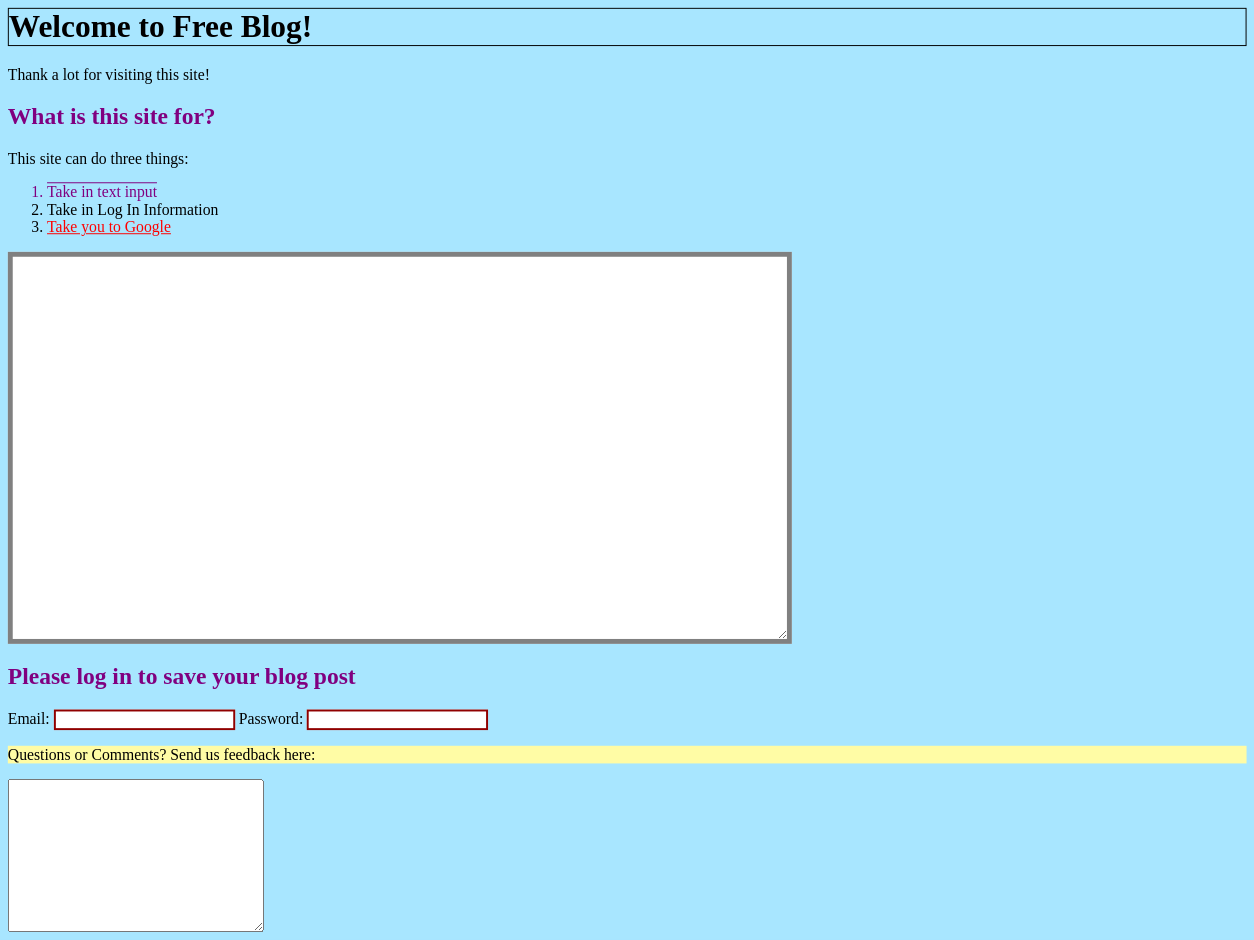
Repository: MonwarAdeeb/Bista_Solutions
Page: HTML & CSS/CSS/Level One/05. Assessment.html
These files come from the project's save history. The page is drawn as it stood at one moment and after the next save; the edit follows.
The browser window is 1280 px wide. The pictures show the whole page, at 98% of full size.

Above is the page before, as saved 2021-05-19 21:51:25.

### HTML & CSS/CSS/Level One/05. Assessment.html
<html lang="en">
<head>
    <meta charset="UTF-8">
    <meta http-equiv="X-UA-Compatible" content="IE=edge">
    <meta name="viewport" content="width=device-width, initial-scale=1.0">
    <title>Assessment</title>
    <link rel="stylesheet" href="05. Assessment.css">
</head>
<body>
    <h1>Welcome to Free Blog!</h1>

    <p>Thank a lot for visiting this site!</p>

    <h2>What is this site for?</h2>

    <p>This site can do three things:</p>

    <ol class="list">
        <li id="itemone">Take in text input</li>
        <li>Take in Log In Information</li>
        <li><a href="www.google.com">Take you to Google</a></li>
    </ol>

    <textarea id="textblock" name="tbox" id="" cols="30" rows="10"></textarea>

    <h2>Please log in to save your blog post</h2>

    <label for="email">Email:</label>
    <input id="email" type="email" name="useremail">
    <label for="password">Password:</label>
    <input type="password" id="password" name="userpass">

    <div class="firstDiv">
        <p></p>
        <p>Questions or Comments? Send us feedback here:</p>
        <textarea id="feedback" cols="30" rows="10"></textarea>

    </div>

</body>
</html>

### HTML & CSS/CSS/Level One/05. Assessment.css
body {
  background-color: #a8e6ff;
}

h1 {
  border: 1px solid black;
}

h2 {
  color: purple;
}

input {
  border: 2px solid rgb(144, 0, 0);
}

div p {
  background: #fffca5;
}

#textblock {
  border: 5px solid gray;
  width: 800px;
  height: 400px;
}

a {
  color: red;
}

#itemone {
  text-decoration: overline;
  color: purple;
}

.exit {
  background-color: blue;
  border: 4px dashed yellow;
}

After the next save:
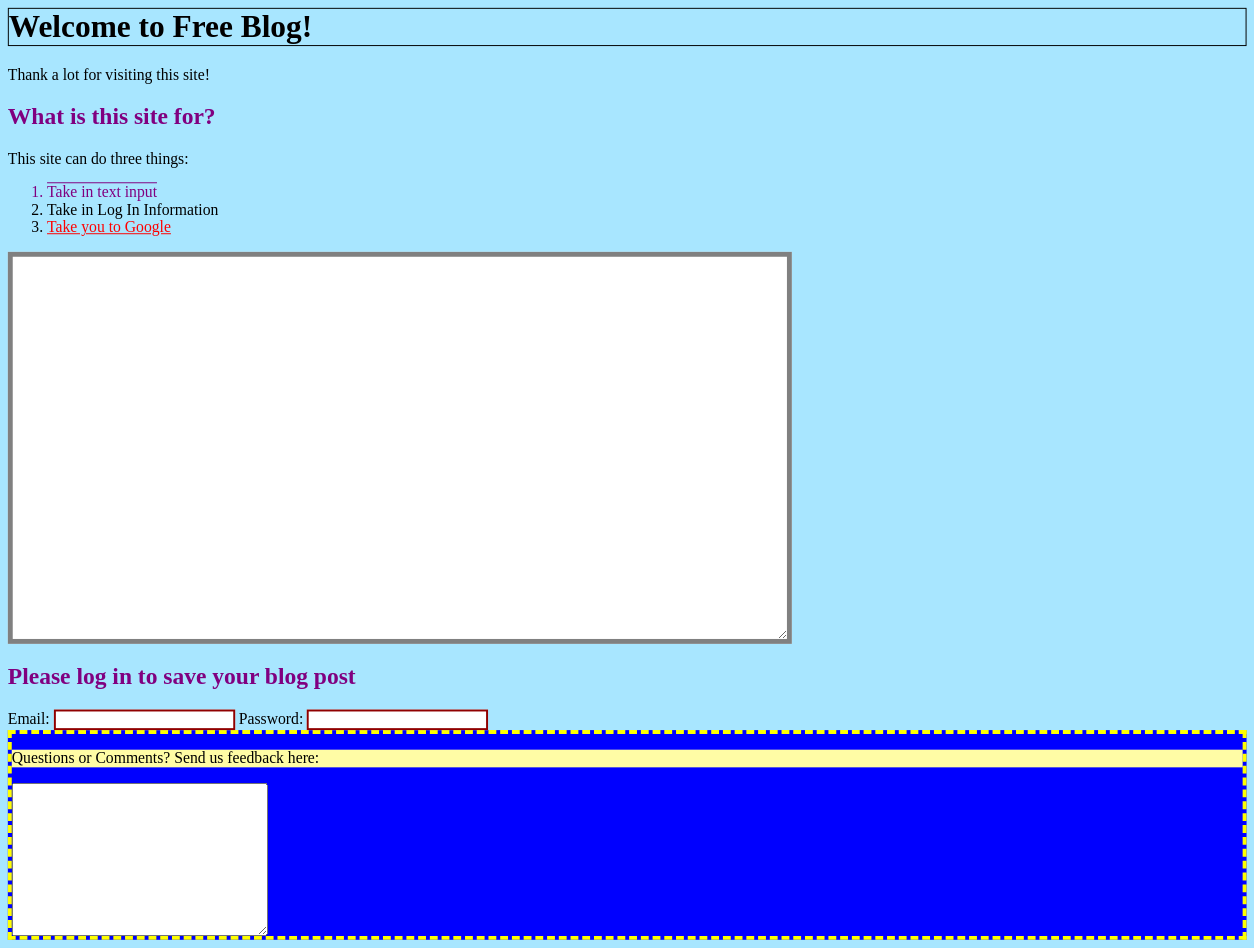
Saved 13 s later.
--- a/HTML & CSS/CSS/Level One/05. Assessment.html
+++ b/HTML & CSS/CSS/Level One/05. Assessment.html
@@ -30,7 +30,7 @@
     <label for="password">Password:</label>
     <input type="password" id="password" name="userpass">
 
-    <div class="firstDiv">
+    <div class="exit">
         <p></p>
         <p>Questions or Comments? Send us feedback here:</p>
         <textarea id="feedback" cols="30" rows="10"></textarea>
